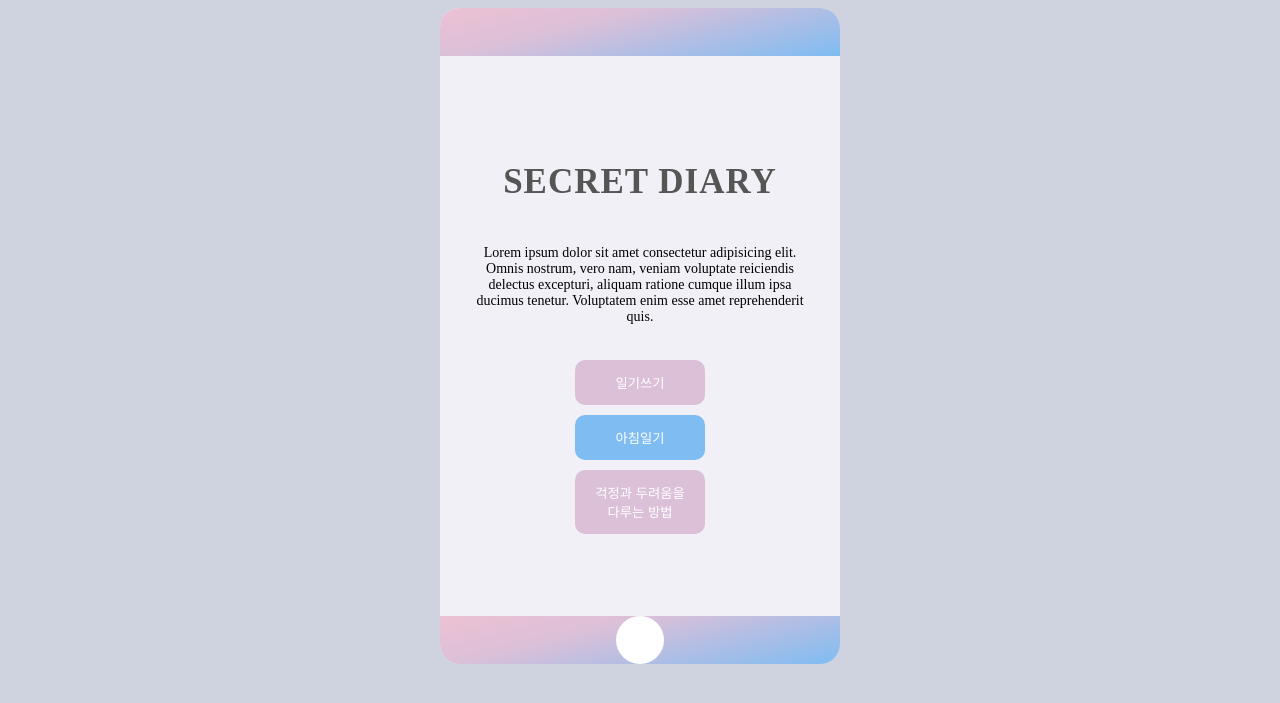
Repository: jinhee196/diary
Page: index.html
An editor plug-in stored every save of this project. The page is shown before and after the next save, followed by the edit.
The browser window is 1280 px wide. The pictures show the whole page.
Some web libraries are served in a nearby version.

Above is the page before, as saved 2021-06-04 13:58:18.

After the next save:
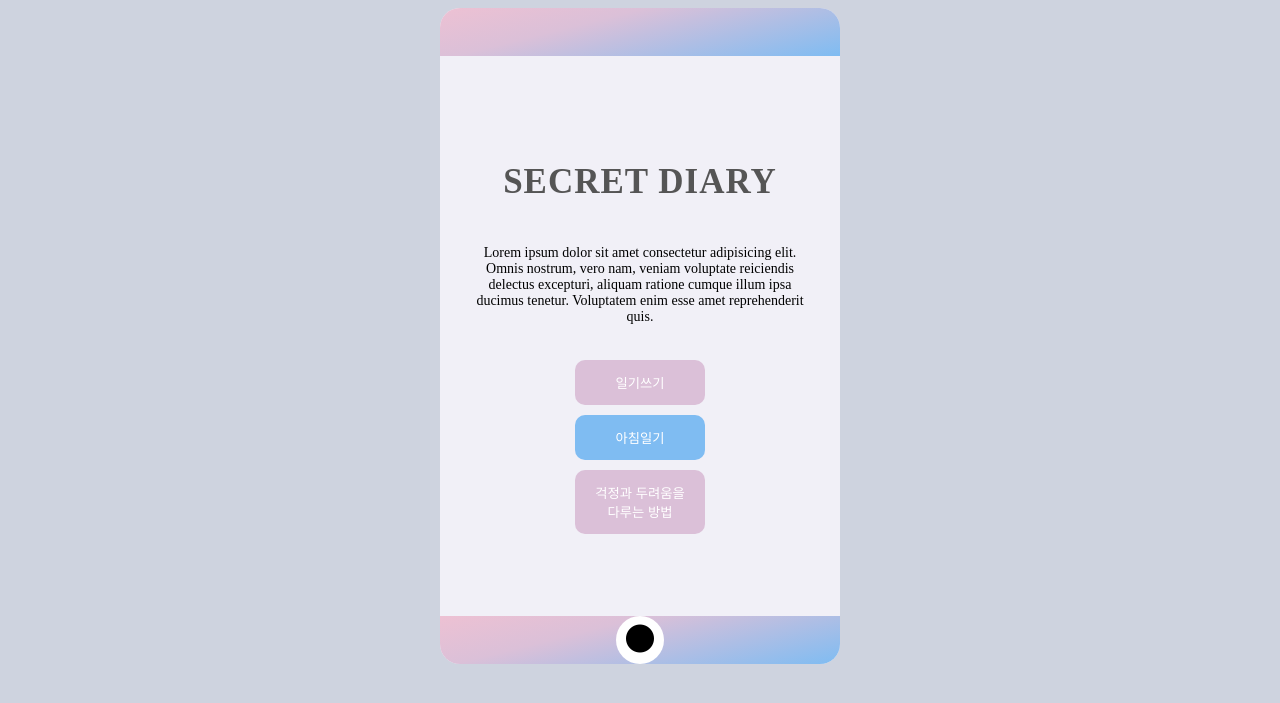
Saved 32 s later.
--- a/style.css
+++ b/style.css
@@ -152,7 +152,7 @@ section {
   height: 48px;
   background-color: #fff;
   border-radius: 50%;
-  color: #fff;
+  /* color: #fff; */
   font-size: 28px;
   transition: transform 300ms ease-in;
 }
